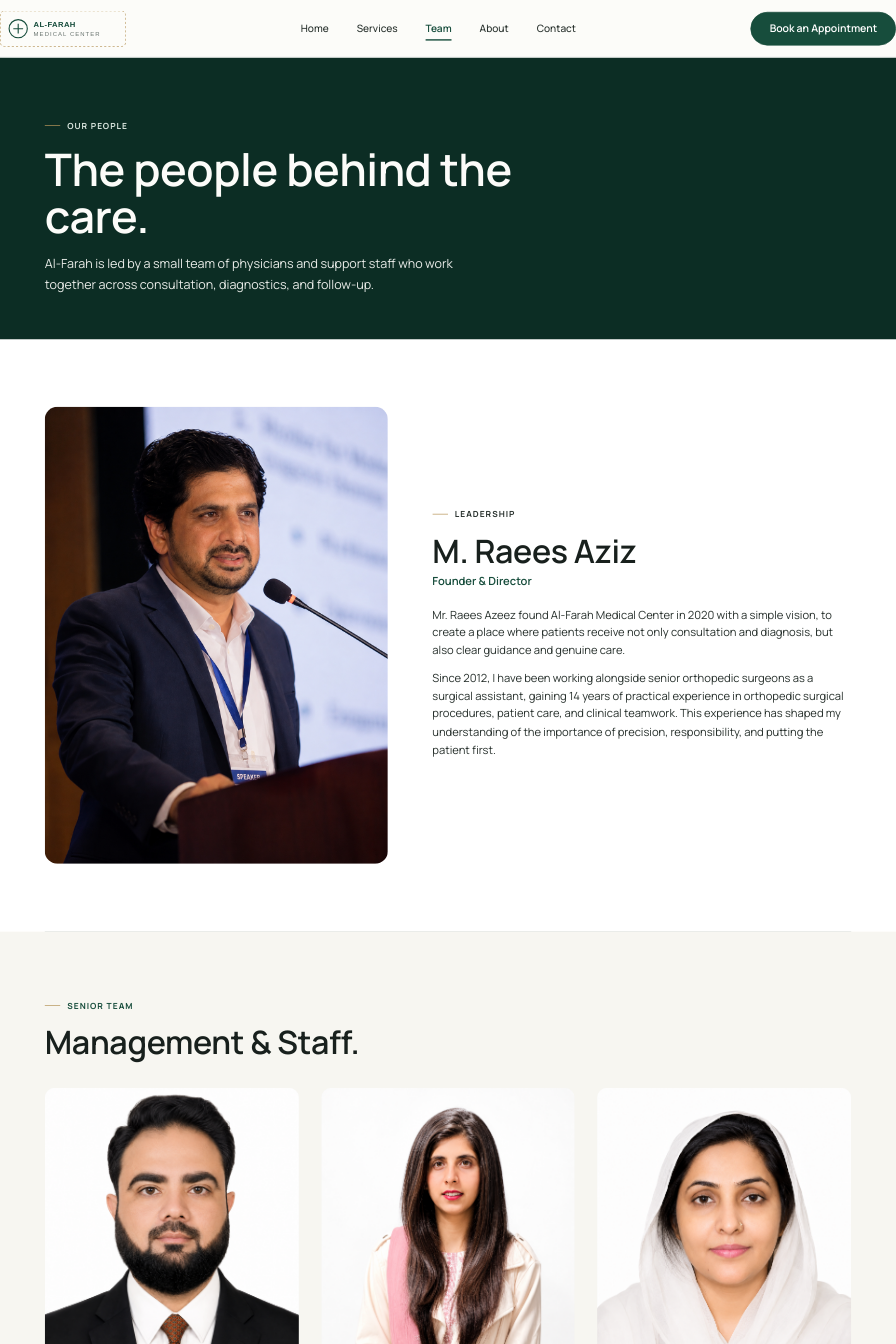
Repository: mraeesaziz45/al-farah
Page: team.html
The author's editor kept a copy of each file at every save. The page is drawn from the files as they stood at one save, then again after the next save.
The browser window is 1280 px wide. The pictures show the part of the page from y = 0 to 1920 px (the page is 5841 px tall), at 70% of full size.

Above is the page before, as saved 2026-09-28 17:52:12.

After the next save:
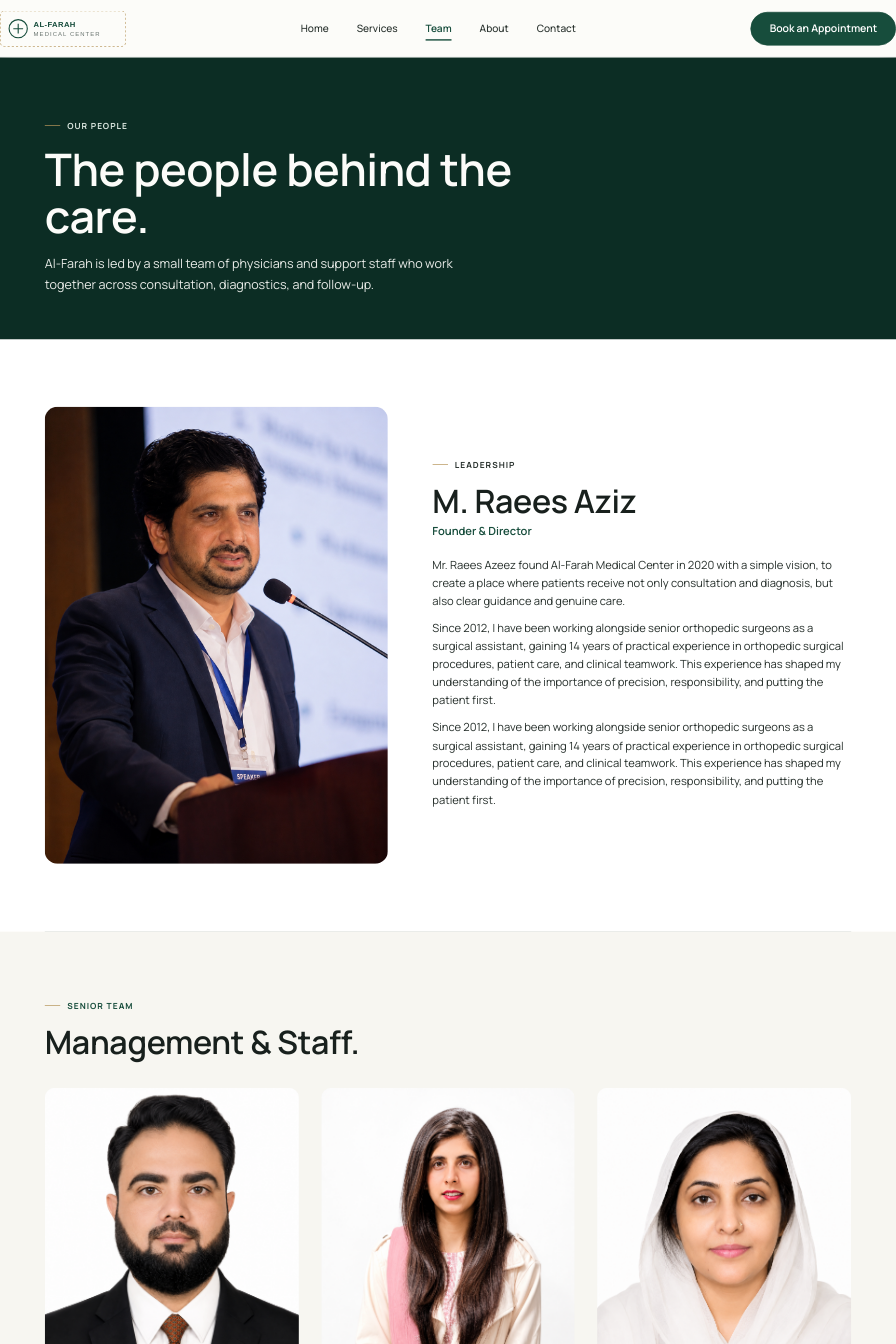
Saved 15 s later.
--- a/team.html
+++ b/team.html
@@ -78,6 +78,7 @@
           <span class="team-feature-role">Founder &amp; Director</span>
           <p>Mr. Raees Azeez found Al-Farah Medical Center in 2020 with a simple vision, to create a place where patients receive not only consultation and diagnosis, but also clear guidance and genuine care.</p>
           <p>Since 2012, I have been working alongside senior orthopedic surgeons as a surgical assistant, gaining 14 years of practical experience in orthopedic surgical procedures, patient care, and clinical teamwork. This experience has shaped my understanding of the importance of precision, responsibility, and putting the patient first.</p>
+          <p>Since 2012, I have been working alongside senior orthopedic surgeons as a surgical assistant, gaining 14 years of practical experience in orthopedic surgical procedures, patient care, and clinical teamwork. This experience has shaped my understanding of the importance of precision, responsibility, and putting the patient first.</p>
         </div>
       </div>
     </div>
